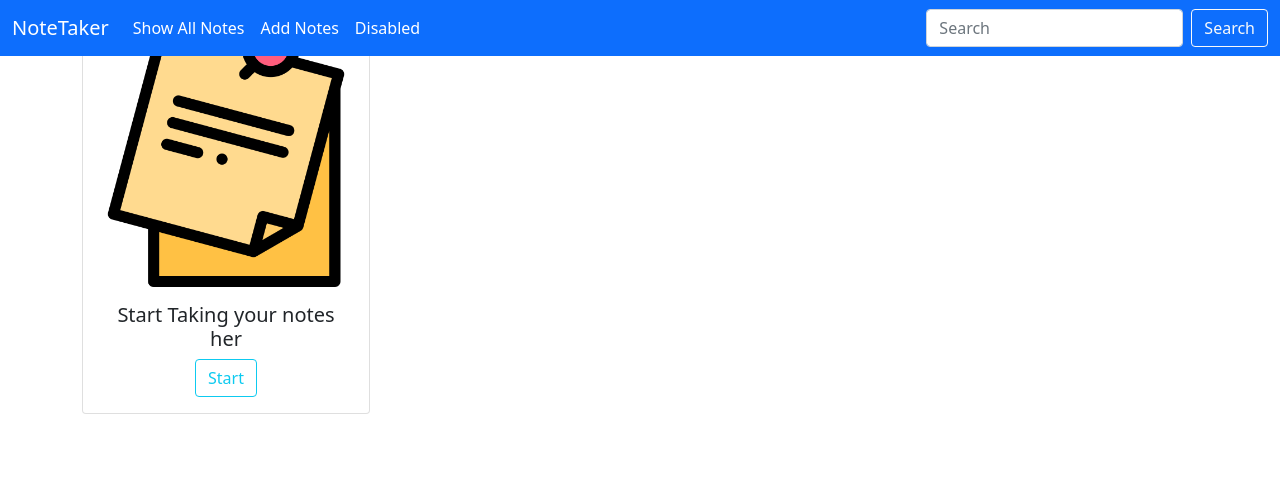
Repository: Shubham-Kumar-cmd/Hibernate
Page: http://localhost/NoteTakerApp/
These files come from the project's save history. The page is drawn as it stood at one moment and after the next save; the edit follows.
The browser window is 1280 px wide. The pictures show the whole page.
The page is served by Tomcat 9. Other server files are loaded and not shown.

Above is the page before, as saved 2023-02-08 08:38:26.

### NoteTakerApp/src/main/webapp/index.jsp
<%@ page language="java" contentType="text/html; charset=ISO-8859-1"
	pageEncoding="ISO-8859-1"%>
	<%@include file="header.jsp" %>
<!DOCTYPE html>
<html>
<head>
<meta charset="ISO-8859-1">
<link
	href="https://cdn.jsdelivr.net/npm/bootstrap@5.0.2/dist/css/bootstrap.min.css"
	rel="stylesheet"
	integrity="sha384-EVSTQN3/azprG1Anm3QDgpJLIm9Nao0Yz1ztcQTwFspd3yD65VohhpuuCOmLASjC"
	crossorigin="anonymous">
<title>Header</title>
</head>
<body>

	<div class="container text-center">
		<div class="card" style="width: 18rem;">
		  <img src="img/sticky-notes.png" class="card-img-top" alt="...">
		  <div class="card-body">
		    <h5 class="card-title">Start Taking your notes her</h5>
		    <a href="addNotes.jsp" class="btn btn-outline-info">Start</a>
		  </div>
		</div>
	</div>

</body>
</html>

### NoteTakerApp/src/main/webapp/header.jsp
<%@ page language="java" contentType="text/html; charset=ISO-8859-1"
	pageEncoding="ISO-8859-1"%>
<!DOCTYPE html>
<html>
<head>
<meta charset="ISO-8859-1">
<link
	href="https://cdn.jsdelivr.net/npm/bootstrap@5.0.2/dist/css/bootstrap.min.css"
	rel="stylesheet"
	integrity="sha384-EVSTQN3/azprG1Anm3QDgpJLIm9Nao0Yz1ztcQTwFspd3yD65VohhpuuCOmLASjC"
	crossorigin="anonymous">
<title>Header</title>
</head>
<body>
	<nav class="navbar navbar-expand-lg navbar-primary bg-primary fixed-top">
		<div class="container-fluid">
			<a class="navbar-brand text-white" href="addNotes.jsp">NoteTaker</a>

			<div class="collapse navbar-collapse" id="navbarSupportedContent">
				<ul class="navbar-nav me-auto mb-2 mb-lg-0">
					<li class="nav-item"><a class="nav-link active text-white"
						aria-current="page" href="showAllNotes.jsp">Show All Notes</a></li>
					<li class="nav-item"><a class="nav-link text-white" href="addNotes.jsp">Add Notes</a></li>

					<li class="nav-item"><a class="nav-link text-white" href="#"
						tabindex="-1" aria-disabled="false">Disabled</a></li>
				</ul>
				<form class="d-flex">
					<input class="form-control me-2" type="search" placeholder="Search"
						aria-label="Search">
					<button class="btn btn-outline-light" type="submit">Search</button>
				</form>
			</div>
		</div>
	</nav>
</body>
</html>

After the next save:
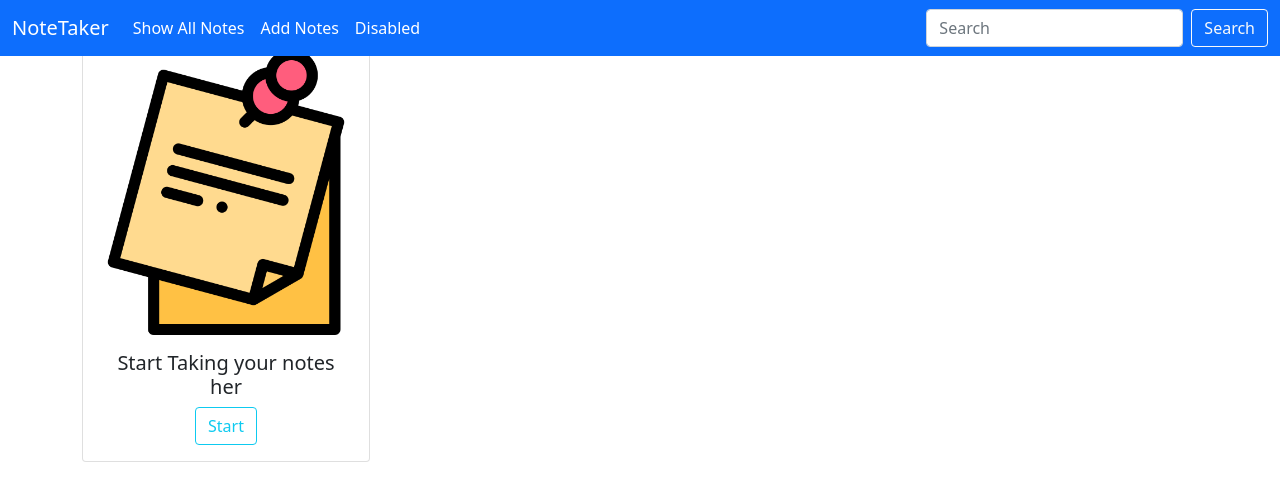
Saved 15 s later.
--- a/NoteTakerApp/src/main/webapp/index.jsp
+++ b/NoteTakerApp/src/main/webapp/index.jsp
@@ -15,7 +15,7 @@
 <body>
 
 	<div class="container text-center">
-		<div class="card" style="width: 18rem;">
+		<div class="card mt-5" style="width: 18rem;">
 		  <img src="img/sticky-notes.png" class="card-img-top" alt="...">
 		  <div class="card-body">
 		    <h5 class="card-title">Start Taking your notes her</h5>
